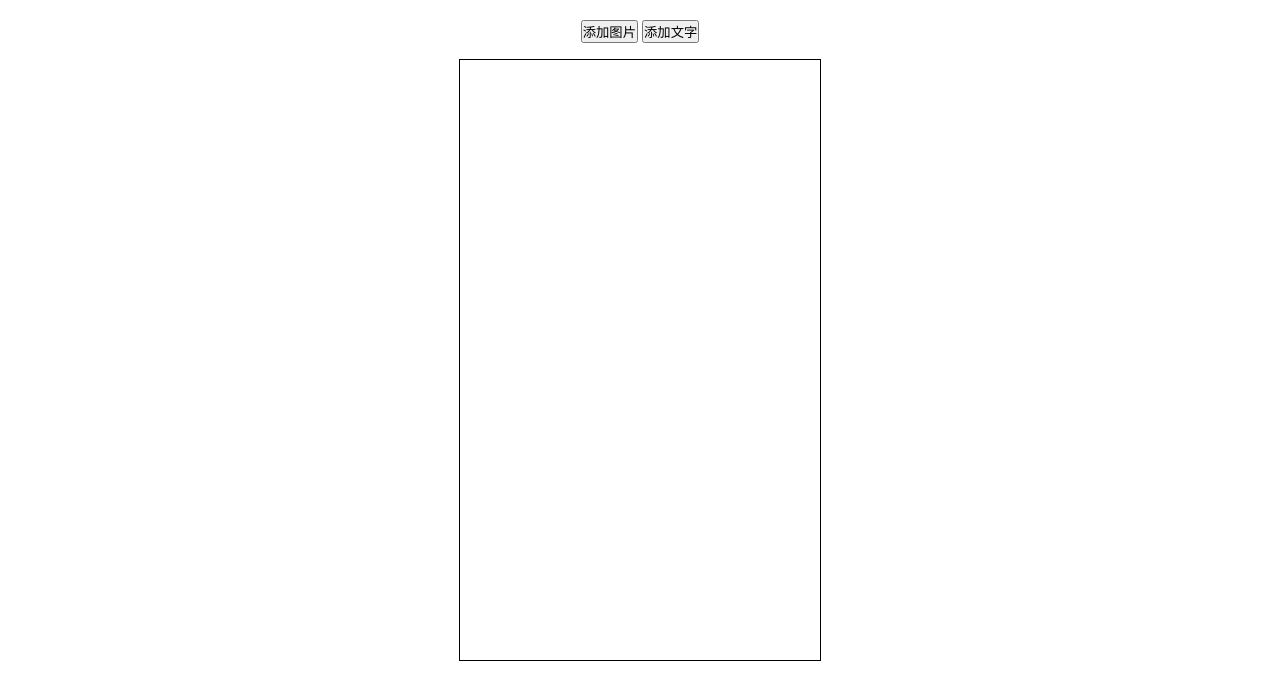
Repository: Xekin-FE/canvas-image-editor
Page: index.html
The author's editor kept a copy of each file at every save. The page is drawn from the files as they stood at one save, then again after the next save.
The browser window is 1280 px wide. The pictures show the whole page.

Above is the page before, as saved 2018-12-14 14:16:41.
Console error: SyntaxError: Cannot use import statement outside a module

After the next save:
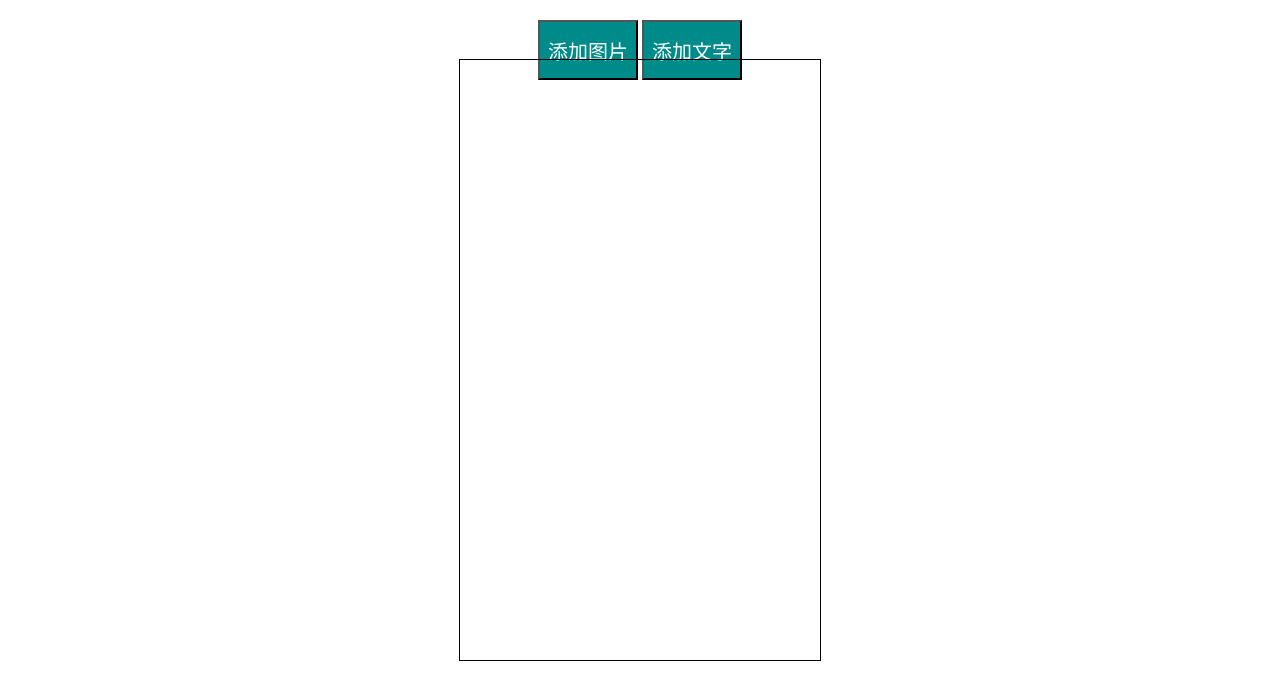
Saved 40 s later.
--- a/static/css/main.css
+++ b/static/css/main.css
@@ -20,3 +20,10 @@ html,body{
     text-align: center;
     padding: 20px;
 }
+#app .components button{
+    width: 100px;
+    height: 60px;
+    font-size: 20px;
+    background: darkcyan;
+    color: #fff;
+}
